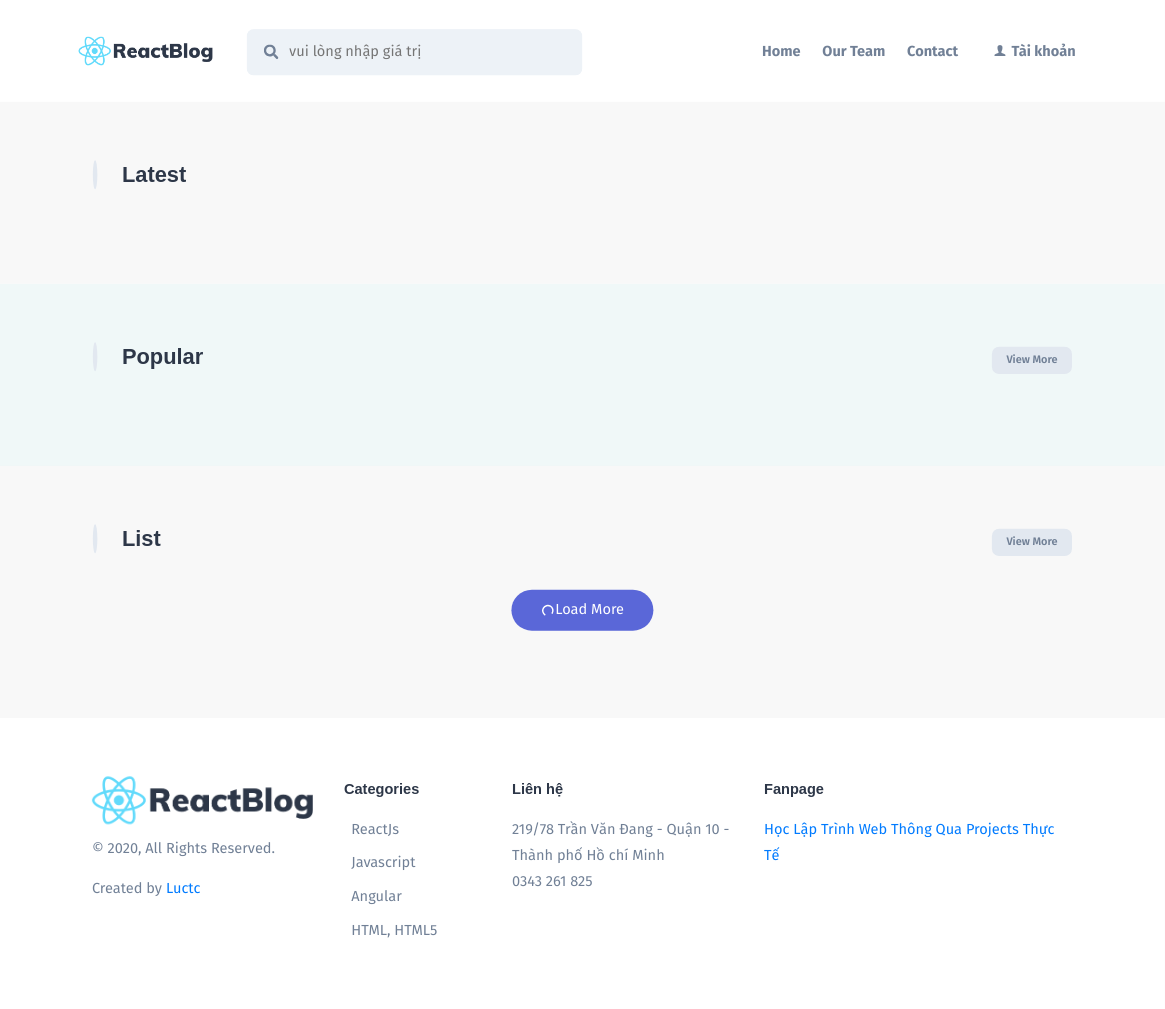
Repository: khuong30082000/Project-by-khuong
Page: /
These files come from the project's save history. The page is drawn as it stood at one moment and after the next save; the edit follows.
The browser window is 1280 px wide. The pictures show the whole page, at 91% of full size.
The page's requests for data from a server got no answer. Some web fonts or font styles are not loaded; a fallback is used. The project was rebuilt for these pictures with package versions that can differ from the ones it lists, and the page was loaded fresh each time. No one was signed in, and anything a server would have sent is missing. Also part of the build but not shown: src/components/ArticleItems/article-item.css, src/components/ArticleItems/ArticleItemThumb.js, src/components/ArticleItems/ArticleItemTitle.js, src/components/ArticleItems/ArticleItemAvatar.js, src/components/ArticleItems/ArticleItemInfo.js, src/components/ArticleItems/ArticleItemCategory.js, src/components/ArticleItems/ArticleItemStats.js, src/components/ArticleItems/ArticleItemDesc.js and 20 more.

Above is the page before, as saved 2022-04-12 16:25:14.

### public/index.html
<!DOCTYPE html>
<html lang="en">

<head>
  <meta charset="utf-8" />
  <link rel="icon" href="%PUBLIC_URL%/favicon.ico" />
  <meta name="viewport" content="width=device-width, initial-scale=1" />
  <meta name="theme-color" content="#000000" />
  <meta name="description" content="Web site created using create-react-app" />
  <link rel="apple-touch-icon" href="%PUBLIC_URL%/logo192.png" />
  <!--
      manifest.json provides metadata used when your web app is installed on a
      user's mobile device or desktop. See https://developers.google.com/web/fundamentals/web-app-manifest/
    -->
  <link rel="manifest" href="%PUBLIC_URL%/manifest.json" />
  <!--
      Notice the use of %PUBLIC_URL% in the tags above.
      It will be replaced with the URL of the `public` folder during the build.
      Only files inside the `public` folder can be referenced from the HTML.

      Unlike "/favicon.ico" or "favicon.ico", "%PUBLIC_URL%/favicon.ico" will
      work correctly both with client-side routing and a non-root public URL.
      Learn how to configure a non-root public URL by running `npm run build`.
    -->
  <link rel="stylesheet"
    href="https://fonts.googleapis.com/css2?family=Muli:ital,wght@0,500;0,600;0,700;1,400&display=swap">
  <link rel="stylesheet"
    href="https://fonts.googleapis.com/css2?family=Fira+Sans:ital,wght@0,300;0,400;0,500;0,600;0,700;1,400&display=swap">
  <link rel="stylesheet" href="http://code.ionicframework.com/ionicons/2.0.1/css/ionicons.min.css">
  <title>React Blog</title>
</head>

<body>
  <noscript>You need to enable JavaScript to run this app.</noscript>
  <div id="root"></div>
  <!--
      This HTML file is a template.
      If you open it directly in the browser, you will see an empty page.

      You can add webfonts, meta tags, or analytics to this file.
      The build step will place the bundled scripts into the <body> tag.

      To begin the development, run `npm start` or `yarn start`.
      To create a production bundle, use `npm run build` or `yarn build`.
    -->
</body>

</html>

### src/assets/css/main.css
html {
  font-size: 85%; }

img {
  max-width: 100%; }

a:hover {
  text-decoration: none; }

:focus {
  outline: none !important;
  box-shadow: none !important; }

body {
  font-family: "Fira Sans", sans-serif;
  font-size: 1rem;
  font-weight: normal;
  line-height: 1.8;
  -webkit-font-smoothing: antialiased;
  margin: 0px;
  text-decoration: none;
  color: #718096;
  background-color: #f8f8f8; }

.wrapper-content {
  margin: 0;
  min-width: 0;
  -webkit-flex-direction: column;
  -ms-flex-direction: column;
  flex-direction: column;
  min-height: 100vh;
  display: -webkit-box;
  display: -webkit-flex;
  display: -ms-flexbox;
  display: flex; }

.tcl-container {
  min-width: 0px;
  width: 100%;
  max-width: 1140px;
  padding-left: 1rem;
  padding-right: 1rem;
  margin: 0px auto; }
  @media screen and (min-width: 640px) {
    .tcl-container {
      padding-left: 2rem;
      padding-right: 2rem; } }

.tcl-row {
  margin-left: -1rem;
  margin-right: -1rem; }

.section {
  padding-top: 1rem;
  padding-bottom: 1rem; }
  @media screen and (min-width: 640px) {
    .section {
      padding-top: 2rem;
      padding-bottom: 2rem; } }

.spacing {
  padding-top: 1rem;
  padding-bottom: 1rem; }
  @media screen and (min-width: 640px) {
    .spacing {
      padding-top: 2rem;
      padding-bottom: 2rem; } }
  .spacing + .spacing {
    padding-top: 0; }

.bg-white {
  background-color: #fff; }

.bg-white-blue {
  background-color: #f0f8f8; }

.text-center {
  text-align: center; }

.text-right {
  text-align: right; }

.block-center {
  margin-left: auto;
  margin-right: auto; }

@media screen and (min-width: 640px) {
  html {
    font-size: 90%; }
  .container {
    padding-left: 2rem;
    padding-right: 2rem; } }

@media screen and (min-width: 768px) {
  html {
    font-size: 95%; } }

@media screen and (min-width: 1024px) {
  html {
    font-size: 100%; } }

### src/store/index.js
import { createStore, applyMiddleware, combineReducers } from "redux";
import postReducer from "./Post/reducer";
import authReducer from "./Auth/reducer";
import categoryReducer from "./Category/reducer";
import thunk from "redux-thunk";
const rootReducer = combineReducers({
  Post: postReducer,
  Auth: authReducer,
  Category: categoryReducer,
});

const store = createStore(rootReducer, applyMiddleware(thunk));
export default store;

### src/components/Header/index.js
import "./header.css";

import HeaderMenus from "./HeaderMenus";
import HeaderSearch from "./HeaderSearch";
import HeaderLogo from "./HeaderLogo";

function Header() {
  return (
    <header id="header">
      <div className="tcl-container">
        <div className="tcl-row tcl-no-gutters header">
          <HeaderLogo />
          <HeaderSearch />
          <HeaderMenus />
        </div>
      </div>
    </header>
  );
}

export default Header;

### src/store/Auth/reducer.js

const initState = {
    currentUser: null

}

function reducer(authState = initState ,action) {
 return authState
}
export default reducer

### src/store/Category/reducer.js
import { ACT_FETCH_ALL_CATEGORIES } from "./action";

const initState = {
  hashCategoryById: {},
};

function reducer(categoryState = initState, action) {
  switch (action.type) {
    case ACT_FETCH_ALL_CATEGORIES:
      return {
        ...categoryState,
        hashCategoryById: action.payload.hashCategoryById,
      };

    default:
      return categoryState;
  }
}
export default reducer;

### src/components/Header/header.css
#header {
    margin: 0;
    z-index: 99;
    min-width: 0;
    padding: 0 1rem;
    position: relative;
    background-color: #fff; }

  .header {
    height: 6rem;
    padding-top: 1rem;
    padding-bottom: 1rem;
    -webkit-box-pack: justify;
    -webkit-justify-content: space-between;
    -ms-flex-pack: justify;
    justify-content: space-between;
    -webkit-box-align: center;
    -webkit-align-items: center;
    -ms-flex-align: center;
    align-items: center; }
    @media screen and (min-width: 640px) {
      .header {
        height: 7rem;
        padding-top: 2rem;
        padding-bottom: 2rem; } }
    .header-logo {
      position: relative;
      overflow: hidden;
      display: inline-block;
      width: 150px;
      height: 35px;
      vertical-align: middle; }

    .header-nav {
      display: none; }
      .header-nav__lists {
        margin: 0;
        padding-left: 1rem;
        list-style: none;
        display: -webkit-box;
        display: -webkit-flex;
        display: -ms-flexbox;
        display: flex;
        -webkit-flex-wrap: wrap;
        -ms-flex-wrap: wrap;
        flex-wrap: wrap;
        -webkit-box-orient: horizontal;
        -webkit-box-direction: normal;
        -webkit-flex-direction: row;
        -ms-flex-direction: row;
        flex-direction: row;
        -webkit-box-pack: end;
        -webkit-justify-content: flex-end;
        -ms-flex-pack: end;
        justify-content: flex-end; }
        .header-nav__lists > li {
          margin: 0;
          margin-left: 0.5rem;
          margin-right: 0.5rem; }
          .header-nav__lists > li a {
            display: block;
            font-weight: 700;
            color: #718096;
            padding: 0.25rem; }
          .header-nav__lists > li ul {
            position: absolute;
            width: 200px;
            background-color: #fff;
            box-shadow: 1px 1px 5px 1px rgba(0, 0, 0, 0.2);
            border-radius: 0.5rem;
            list-style: none;
            padding: 0.5rem 0;
            opacity: 0;
            pointer-events: none;
            transition: all 0.3s ease; }
            .header-nav__lists > li ul li {
              padding: 0rem 1rem; }
          .header-nav__lists > li > ul {
            top: 100%;
            right: 0; }
            .header-nav__lists > li > ul ul {
              top: 0;
              right: 100%; }
        .header-nav__lists li {
          position: relative; }
          .header-nav__lists li:hover > a,
          .header-nav__lists li:hover > a:active,
          .header-nav__lists li:hover > a:visited {
            color: #5a67d8;
            text-decoration: none; }
          .header-nav__lists li:hover > ul {
            opacity: 1;
            pointer-events: auto; }
        .header-nav__lists .user a {
          max-width: 120px;
          white-space: nowrap;
          overflow: hidden;
          text-overflow: ellipsis; }
        .header-nav__lists .user .icons {
          margin-right: 3px; }
      @media screen and (min-width: 640px) {
        .header-nav {
          display: -webkit-box;
          display: -webkit-flex;
          display: -ms-flexbox;
          display: flex;
          -webkit-box-pack: end;
          -webkit-justify-content: flex-end;
          -ms-flex-pack: end;
          justify-content: flex-end; } }

### src/components/Header/HeaderLogo.js
import { Link } from "react-router-dom";
function HeaderLogo() {
  return (
    <div className="tcl-col-2">
      {/* Logo */}
      <div className="header-logo">
        <Link to="/">
          <img src="/assets/images/logo.png" alt="Go to homepage" />
        </Link>
      </div>
    </div>
  );
}

export default HeaderLogo;

### src/components/Footer/footer.css
.footer {
    padding-top: 4rem;
    padding-bottom: 4rem; }
    .footer-logo {
      padding-bottom: 0.25rem;
      margin-bottom: 0.5rem; }
    .footer-title {
      color: #2d3748;
      font-weight: 700;
      font-size: 1.1rem;
      margin-top: 2rem;
      font-family: 'Muli',sans-serif; }
      @media screen and (min-width: 768px) {
        .footer-title {
          font-size: 1rem; } }
    .footer-content__list {
      margin: 0;
      padding: 0;
      list-style: none; }
      .footer-content__list > li a {
        color: #718096;
        margin-left: 0.5rem;
        margin-right: 0.5rem;
        margin-bottom: 0.5rem;
        display: inline-block; }
        .footer-content__list > li a:hover {
          color: 5a67d8; }

  .footer-facebook .fb_iframe_widget {
    width: 100%;
    overflow: hidden; }

  @media screen and (min-width: 576px) {
    .footer .tcl-col-sm-6:nth-child(2) .footer-title {
      margin-top: 0; }
    .footer .tcl-col-md-4:nth-child(3) .footer-title {
      margin-top: 0; }
    .footer .tcl-col-lg-4:last-child .footer-title {
      margin-top: 0; } }

### src/constants/index.js
export const BASE_URL = process.env.REACT_APP_BASE_URL;
export const formatTime = "DD/MM/YYYY";
export const DEFAULT_IMAGE="https://encrypted-tbn0.gstatic.com/images?q=tbn:ANd9GcQDtXNIrA4Pp4ZKxpT-pPVaCG59QdJWm1GD4Q&usqp=CAU";

### src/components/shared/Button/index.js
import "./button.css";
import cls from 'classnames'
import IconLoading from './../IconLoading'
function Button({children,type = 'default',size,loading = false,as ='button',...restProps}) {

   const classes = cls('btn',{
       'btn-default' : type ==='default',
       'btn-category' : type ==='category',
       'btn-primary' : type ==='primary',
       'btn-size-large' : size ==='large'
   })
   if( as === 'a'){
    return(
        <a className={classes} {...restProps}>
        {loading &&  <IconLoading /> }
        {children}
        </a>
      );
   }
  return(
    <button className={classes} {...restProps}>
    {loading &&  <IconLoading /> }
    {children}
    </button>
  );
}

export default Button;

### src/services/category.js
import api from "./api";

const categoryService = {
  getList({ page = 1, per_page = 100 } = {}) {
    return api.call().get("/wp/v2/categories", {
      params: {
        page,
        per_page,
      },
    });
  },
};

export default categoryService;

### src/components/ArticleLatest/latest-news-list.css
.latest-news__list {
  margin-left: -0.5rem;
  margin-right: -0.5rem;
  display: -webkit-box;
  display: -webkit-flex;
  display: -ms-flexbox;
  display: flex;
  -webkit-flex-wrap: wrap;
  -ms-flex-wrap: wrap;
  flex-wrap: wrap;
  -webkit-box-pack: center;
  -webkit-justify-content: center;
  -ms-flex-pack: center;
  justify-content: center; }

.latest-news__card {
  flex-basis: 100%;
  padding: 0.5rem;
  -webkit-box-flex: 1;
  flex-grow: 1; }
  @media screen and (min-width: 640px) {
    .latest-news__card {
      flex-basis: 50%;
      max-width: 50%; } }
  @media screen and (min-width: 768px) {
    .latest-news__card {
      flex-basis: 33.3333%;
      min-width: 33.3333%; } }

### src/components/ArticlePopular/popular-news-list.css
.popular-news__list {
  display: -webkit-box;
  display: -webkit-flex;
  display: -ms-flexbox;
  display: flex;
  -webkit-box-orient: vertical;
  -webkit-box-direction: normal;
  -webkit-flex-direction: column;
  -ms-flex-direction: column;
  flex-direction: column; }
  .popular-news__list--left {
    flex: 1 1 0%; }
  .popular-news__list--right {
    width: 100%;
    max-width: 1140px;
    flex-basis: 33.3333%;
    display: -webkit-box;
    display: -webkit-flex;
    display: -ms-flexbox;
    display: flex;
    margin: 1rem 0 0 auto; }
  .popular-news__list--row {
    display: -webkit-box;
    display: -webkit-flex;
    display: -ms-flexbox;
    display: flex;
    -webkit-flex-wrap: wrap;
    -ms-flex-wrap: wrap;
    flex-wrap: wrap;
    margin: -0.5rem; }
  .popular-news__list--card {
    -webkit-box-flex: 1;
    flex-grow: 1;
    padding: 0.5rem; }
  @media screen and (min-width: 768px) {
    .popular-news__list {
      -webkit-box-orient: horizontal;
      -webkit-box-direction: normal;
      -webkit-flex-direction: row;
      -ms-flex-direction: row;
      flex-direction: row; }
      .popular-news__list--right {
        padding-left: 1rem;
        margin-top: 0; } }

### src/components/shared/Input/input.css
.form-control {
  position: relative;
  margin-bottom: 1.25rem;
}
.form-control input {
  box-sizing: border-box;
  margin: 0;
  min-width: 0;
  display: block;
  width: 100%;
  padding: 0.5rem 1rem;
  -webkit-appearance: none;
  -moz-appearance: none;
  appearance: none;
  font-size: inherit;
  line-height: inherit;
  border: 1px solid;
  border-radius: 4px;
  color: inherit;
  background-color: transparent;
  border: none;
  background-color: #edf2f7;
  outline: none;
}
.form-control .toggle-password {
  right: 0;
  bottom: 0;
  z-index: 2;
  padding: 0.5rem 1rem;
  cursor: pointer;
  position: absolute;
}
.form-control .toggle-password:hover {
  color: #5a67d8;
}
.form-control .toggle-password + input {
  padding-right: 3rem;
}
.input-search {
  display: none;
  -webkit-box-align: center;
  -webkit-align-items: center;
  -ms-flex-align: center;
  align-items: center;
  top: 2rem;
  left: 50%;
  z-index: 99;
  background-color: #edf2f7;
  transform: translate(0px, 0px);
  padding-left: 1rem;
  padding-right: 1rem;
  border-radius: 0.5rem;
  border: 3px solid transparent;
}
.input-search__input {
  display: block;
  width: 100%;
  -webkit-appearance: none;
  font-size: inherit;
  line-height: inherit;
  color: inherit;
  background-color: transparent;
  margin: 0px 0px 0px 0.25rem;
  padding: 0.5rem;
  border-radius: 4px;
  border: 0;
  outline: none;
}
@media screen and (min-width: 768px) {
  .input-search {
    display: -webkit-box;
    display: -webkit-flex;
    display: -ms-flexbox;
    display: flex;
  }
}

### src/components/shared/Button/button.css
.btn {
  font-size: 0.75rem;
  font-weight: 700;
  white-space: nowrap;
  border-radius: 2px;
  display: inline-block;
  border-radius: 0.5rem;
  font-weight: 600;
  padding: 0.25rem 1rem;
  -webkit-transition: all 250ms ease;
  transition: all 250ms ease;
  border: 0; }
  .btn-default {
    color: #718096;
    background-color: #e2e8f0; }
    .btn-default:hover {
      color: #fff;
      background-color: #717171; }
  .btn-primary {
    color: #fff;
    background-color: #5a67d8; }
    .btn-primary:hover {
      color: #fff;
      background-color: #717171; }
  .btn-category {
    background-color: #e9d8fd;
    color: rgba(0, 0, 0, 0.4); }
    .btn-category:hover {
      color: #e2e8f0;
      background-color: #718096; }
  .btn-size-large {
    font-size: 1rem;
    padding: 0.5rem 2rem;
    font-weight: 400;
    border-radius: 9999px; }
  .btn svg {
    height: 1em; }

### src/components/shared/MainTitle/main-title.css
.main-title h2 {
  font-family: Muli, sans-serif;
  line-height: 1.33;
  color: #2d3748;
  font-weight: bold;
  font-size: 1.5rem;
  position: relative;
  text-align: center; }
  @media screen and (min-width: 640px) {
    .main-title h2 {
      text-align: left;
      padding-left: 2rem; }
      .main-title h2::before {
        background-color: #e2e8f0;
        content: "";
        position: absolute;
        height: 100%;
        width: 5px;
        top: 0px;
        left: 0px;
        border-radius: 100%; } }

.main-title.tcl-jc-between h2 {
  text-align: left; }

.main-title.main-title__search h2 {
  text-align: center; }
  .main-title.main-title__search h2::before {
    content: none; }

### src/services/api.js
import axios from "axios";
import { BASE_URL } from "../constants";
const api = {
  call() {
    return axios.create({
      baseURL: BASE_URL,
    });
  },
};
export default api

Loaded but not shown: src/assets/libs/bootstrap4/bootstrap-tcl.css (library); src/reportWebVitals.js (common file); src/components/Footer/index.js (62 lines, source omitted); src/store/Post/action.js (68 lines, source omitted); src/components/Header/HeaderMenus.js (63 lines, source omitted); src/components/ArticlePopular/index.js (44 lines, source omitted); src/App.js (48 lines, source omitted); src/components/ArticleList/index.js (38 lines, source omitted); src/components/shared/Input/index.js (42 lines, source omitted); src/components/ArticleLatest/index.js (38 lines, source omitted); src/components/Header/HeaderSearch.js (34 lines, source omitted); src/helpers/index.js (36 lines, source omitted); src/components/shared/IconLoading.js (33 lines, source omitted); src/pages/HomePage.js (28 lines, source omitted); src/store/Post/reducer.js (31 lines, source omitted); src/store/Category/action.js (27 lines, source omitted); src/index.js (22 lines, source omitted); src/components/shared/IconSearch.js (10 lines, source omitted); src/services/post.js (33 lines, source omitted); src/components/shared/MainTitle/index.js (17 lines, source omitted)

After the next save:
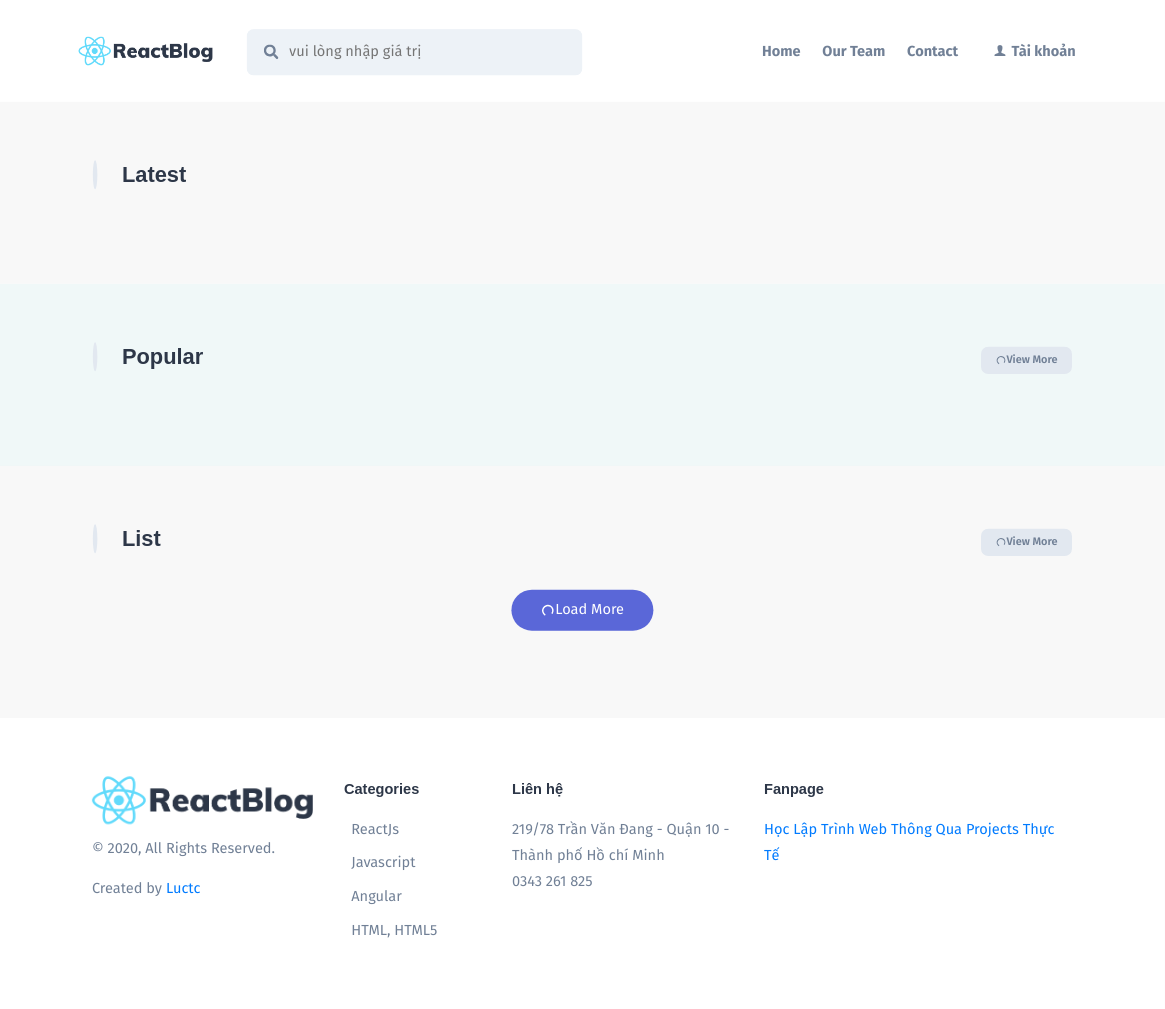
Saved 13 s later.
--- a/src/components/shared/Button/index.js
+++ b/src/components/shared/Button/index.js
@@ -1,7 +1,7 @@
 import "./button.css";
 import cls from 'classnames'
 import IconLoading from './../IconLoading'
-function Button({children,type = 'default',size,loading = false,as ='button',...restProps}) {
+function Button({children,type = 'default',size,loading = true,as ='button',...restProps}) {
 
    const classes = cls('btn',{
        'btn-default' : type ==='default',

After the save that followed:
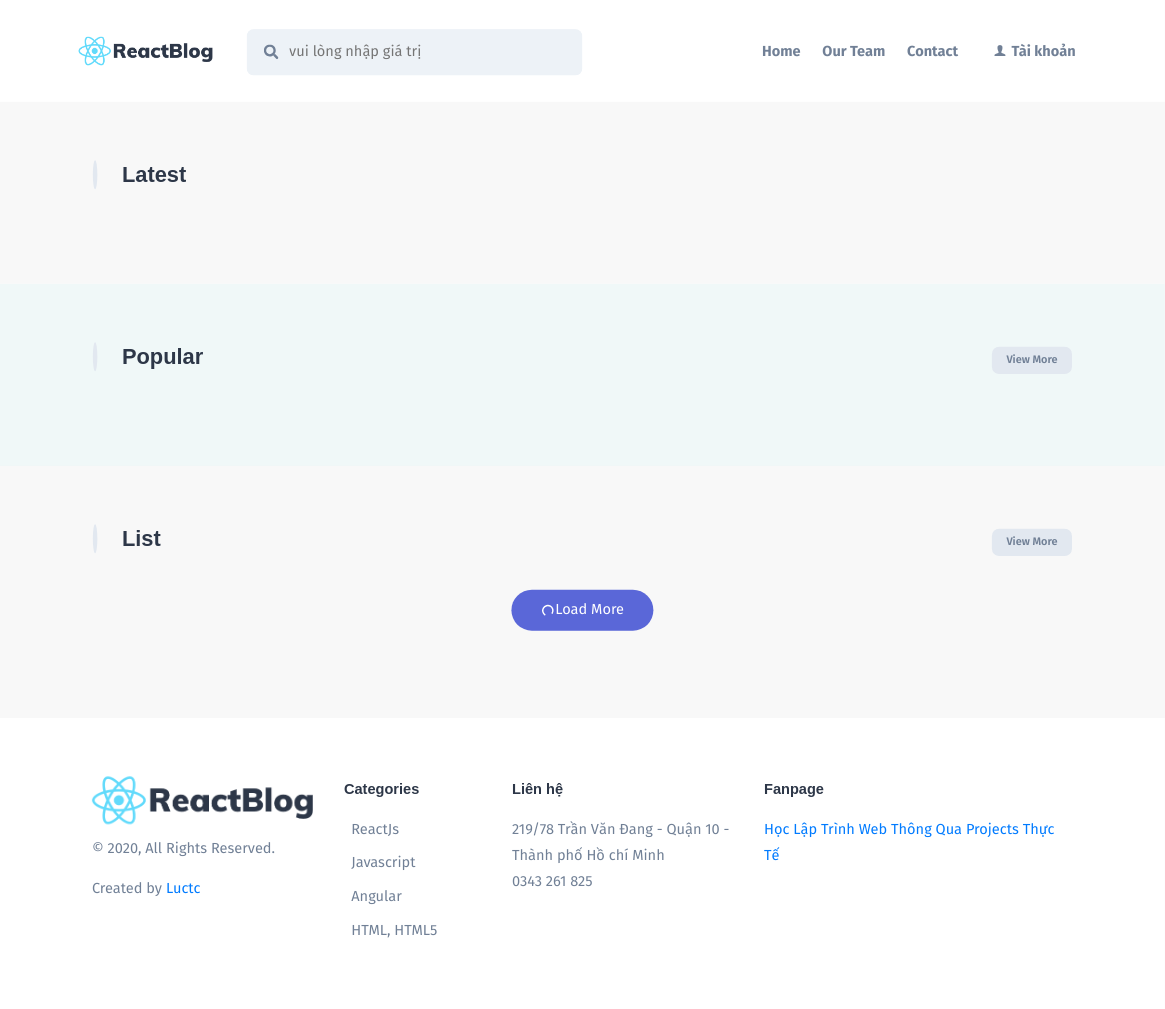
Saved 8 s later.
--- a/src/components/shared/Button/index.js
+++ b/src/components/shared/Button/index.js
@@ -1,7 +1,7 @@
 import "./button.css";
 import cls from 'classnames'
 import IconLoading from './../IconLoading'
-function Button({children,type = 'default',size,loading = true,as ='button',...restProps}) {
+function Button({children,type = 'default',size,loading ,as ='button',...restProps}) {
 
    const classes = cls('btn',{
        'btn-default' : type ==='default',
